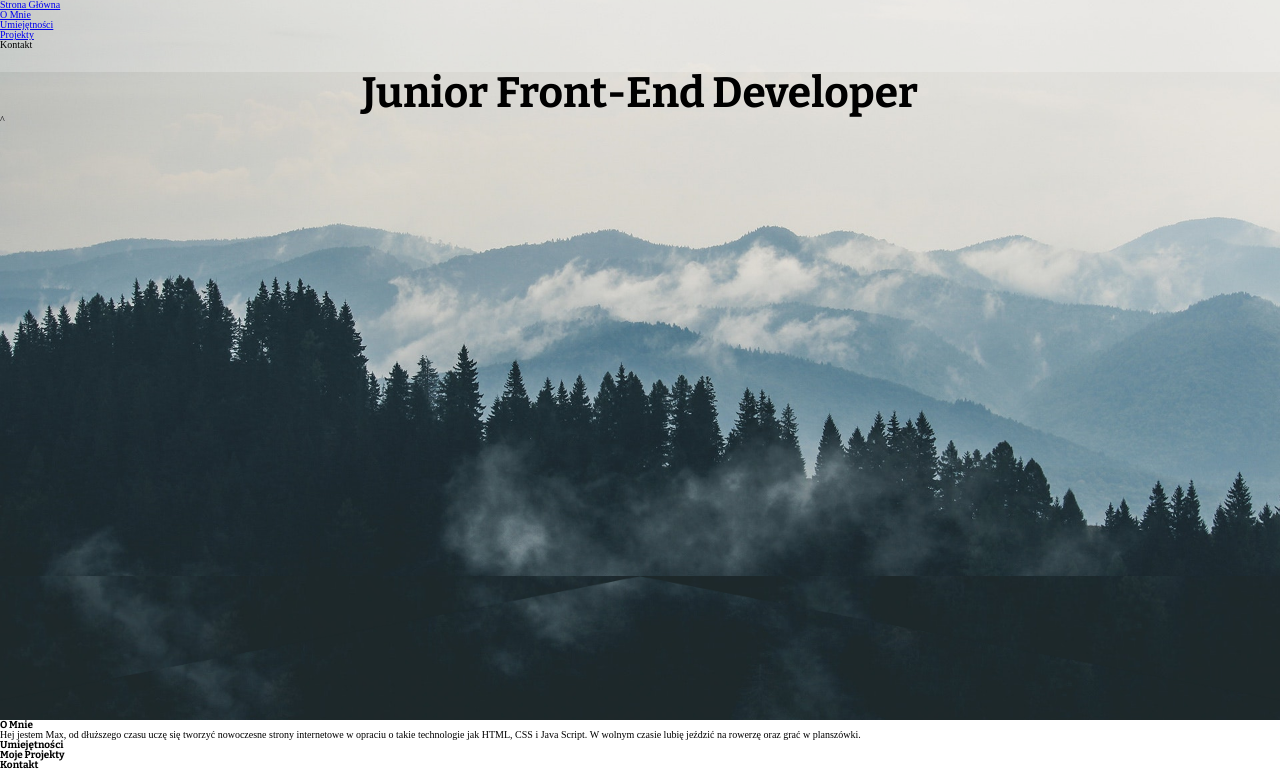
Repository: Maxs777/wizytowka
Page: index.html
The author's editor kept a copy of each file at every save. The page is drawn from the files as they stood at one save, then again after the next save.
The browser window is 1280 px wide. The pictures show the whole page.

Above is the page before, as saved 2019-03-10 12:39:10.

After the next save:
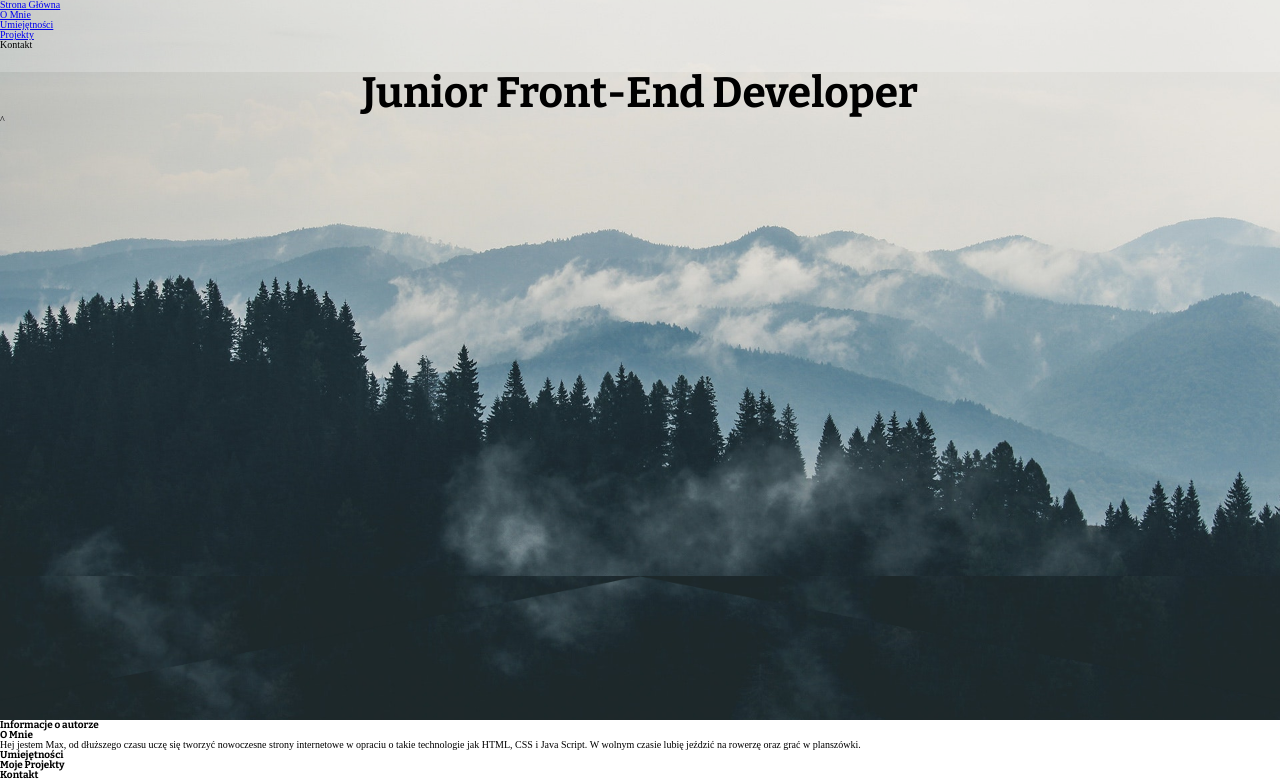
Saved 5 s later.
--- a/index.html
+++ b/index.html
@@ -32,7 +32,7 @@
         </header>
         <main role="main">
             <section id="section1" class="me">
-                <h2 class="hiden"></h2>
+                <h2 class="hiden">Informacje o autorze</h2>
                 <article class="aboutme">
                     <h2>O Mnie</h2>
                     <p>Hej jestem Max, od dłuższego czasu uczę się tworzyć nowoczesne strony internetowe w opraciu o takie technologie jak HTML, CSS i Java Script. W wolnym czasie lubię jeździć na rowerzę oraz grać w planszówki.</p>

After the save that followed:
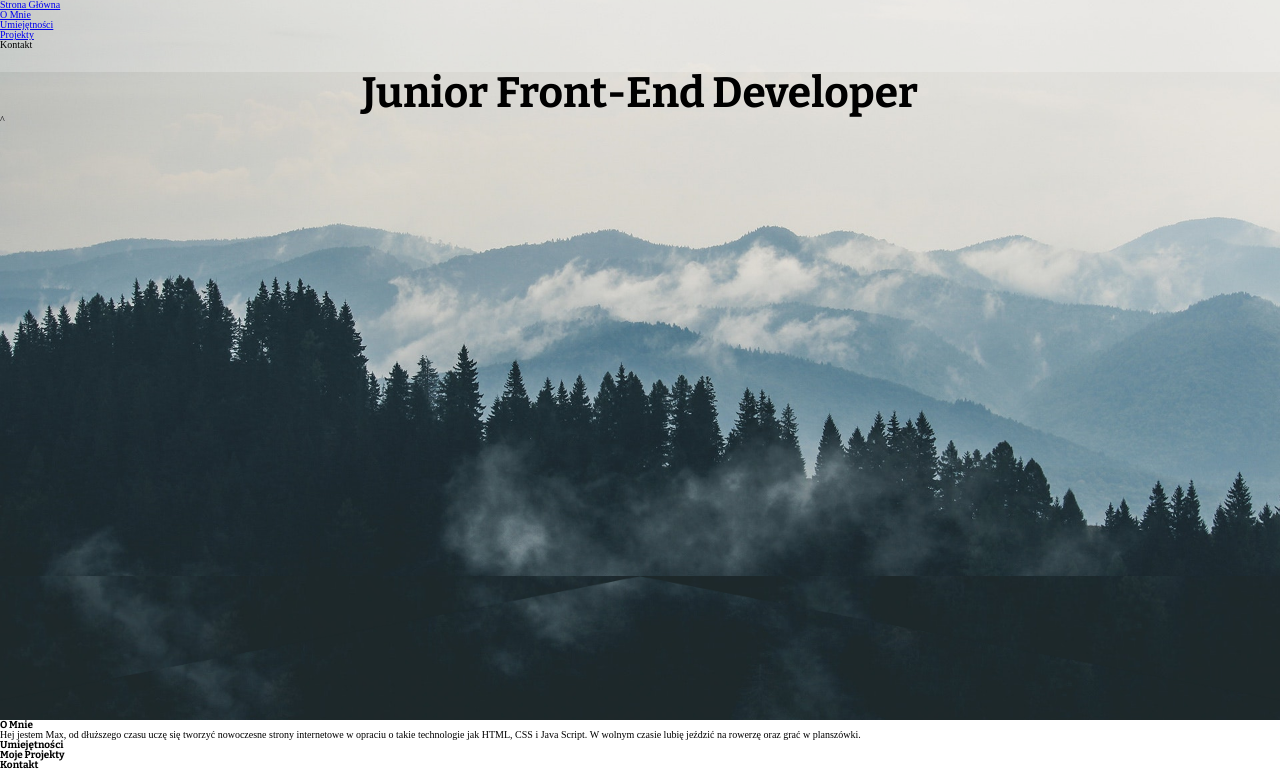
Saved 23 s later.
--- a/index.html
+++ b/index.html
@@ -32,7 +32,7 @@
         </header>
         <main role="main">
             <section id="section1" class="me">
-                <h2 class="hiden">Informacje o autorze</h2>
+                <h2 class="hide">Informacje o autorze</h2>
                 <article class="aboutme">
                     <h2>O Mnie</h2>
                     <p>Hej jestem Max, od dłuższego czasu uczę się tworzyć nowoczesne strony internetowe w opraciu o takie technologie jak HTML, CSS i Java Script. W wolnym czasie lubię jeździć na rowerzę oraz grać w planszówki.</p>
